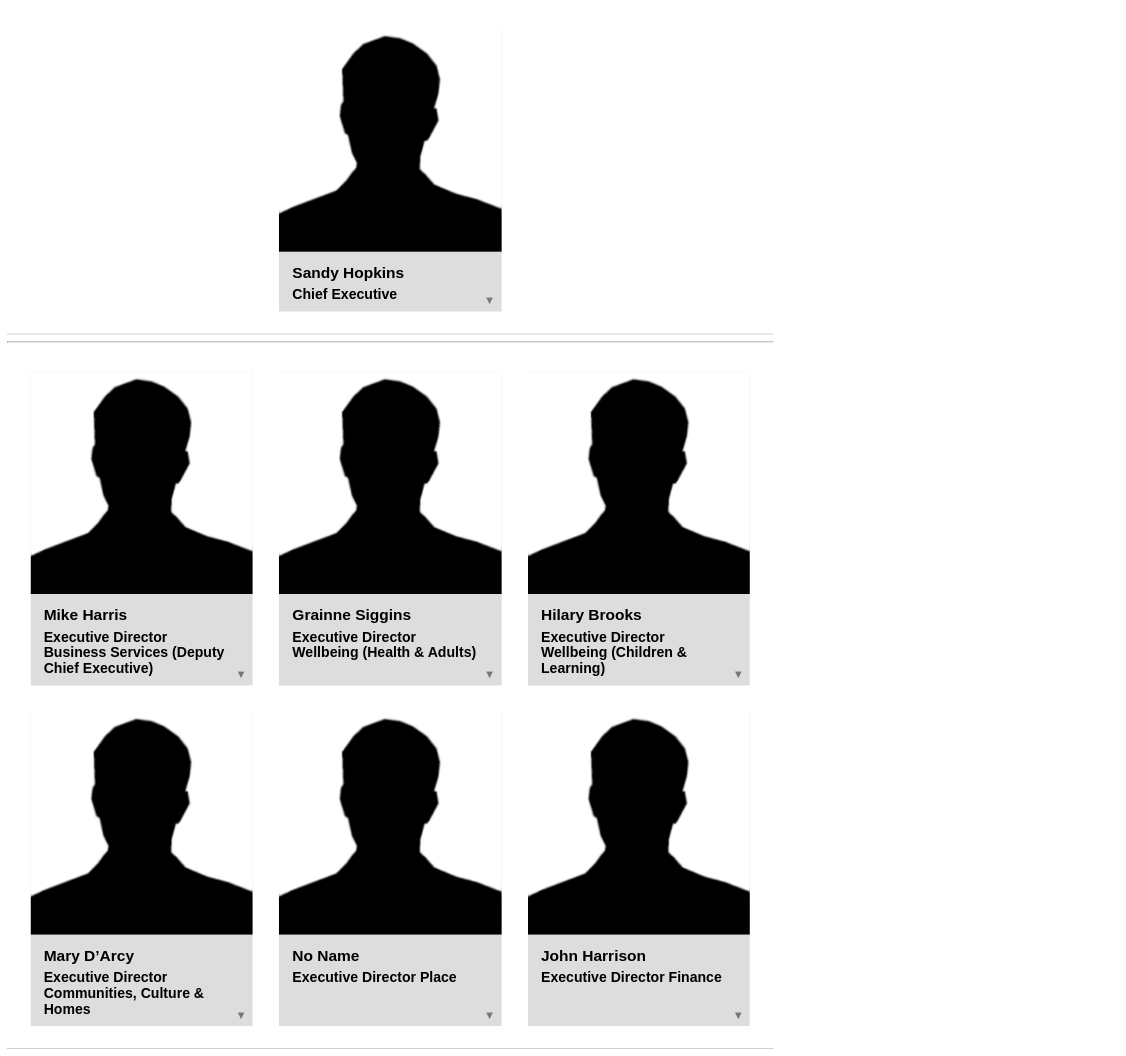
Repository: DigitalExperienceTeam/management
Page: index.html
The author's editor kept a record of every edit. The page is drawn from the files as they stood at one moment, then again after the next edit.
The browser window is 1280 px wide. The pictures show the whole page, at 88% of full size.

Above is the page before.

### index.html
<!DOCTYPE html>
<html lang="en">

<head>
    <meta charset="UTF-8">
    <meta name="viewport" content="width=device-width, initial-scale=1.0">
    <meta http-equiv="X-UA-Compatible" content="ie=edge">
    <script src="https://ajax.googleapis.com/ajax/libs/jquery/3.4.1/jquery.min.js"></script>

    <script type="text/javascript" src="profiles.js"></script>

    <link rel="stylesheet" href="style.css" type="text/css" />
    <title>Document</title>
</head>

<body>
    <div class="profiles-wrapper">
        <div class="profile lighter">
               <img class="profile-pic" src="Silhouette.png">
            <div class="details">
                <p class="name">Sandy Hopkins</p>
                <p class="title">Chief Executive<span class="more">&#9660;</span></p>
            </div>
            <div class="bio">
                <p>Lorem ipsum dolor sit amet, consectetur adipiscing elit. Nunc quis feugiat magna, non vehicula purus. Sed quis enim et dolor tempor aliquet. Proin a tincidunt ligula, nec rhoncus risus. Aliquam ut magna ac nisl dapibus lobortis ut molestie eros. Maecenas ornare quam vel accumsan congue. Curabitur mattis, odio non rhoncus tempor, diam elit convallis lacus, quis feugiat est lectus sit amet mi. Donec at ex in turpis luctus blandit sit amet eu eros. Nullam a libero turpis. Nullam mattis id est ut suscipit. Donec hendrerit turpis sed ligula hendrerit commodo.</p>
<p>Cras sed vulputate libero. Nam rhoncus quam turpis, vitae eleifend velit ornare a. Donec sollicitudin leo id nunc faucibus, imperdiet porttitor ex dictum. Nam condimentum nibh porta ligula molestie rhoncus. Sed pellentesque lacinia nisi ut finibus. Fusce facilisis scelerisque facilisis. Sed consequat quam nec lectus faucibus lacinia.</p>
<div class="less">&#9650;</div>
            </div>
        </div>

    </div>
    <hr class="profile-divider"></hr>


    <div class="profiles-wrapper">


                 <div class="profile lighter">
               <img class="profile-pic" src="Silhouette.png">
            <div class="details">
                <p class="name">Mike Harris</p>
                <p class="title">Executive Director Business Services (Deputy Chief Executive)<span class="more">&#9660;</span></p>
            </div>
            <div class="bio">
                <p>Lorem ipsum dolor sit amet, consectetur adipiscing elit. Nunc quis feugiat magna, non vehicula purus. Sed quis enim et dolor tempor aliquet. Proin a tincidunt ligula, nec rhoncus risus. Aliquam ut magna ac nisl dapibus lobortis ut molestie eros. Maecenas ornare quam vel accumsan congue. Curabitur mattis, odio non rhoncus tempor, diam elit convallis lacus, quis feugiat est lectus sit amet mi. Donec at ex in turpis luctus blandit sit amet eu eros. Nullam a libero turpis. Nullam mattis id est ut suscipit. Donec hendrerit turpis sed ligula hendrerit commodo.</p>
<p>Cras sed vulputate libero. Nam rhoncus quam turpis, vitae eleifend velit ornare a. Donec sollicitudin leo id nunc faucibus, imperdiet porttitor ex dictum. Nam condimentum nibh porta ligula molestie rhoncus. Sed pellentesque lacinia nisi ut finibus. Fusce facilisis scelerisque facilisis. Sed consequat quam nec lectus faucibus lacinia.</p>
<div class="less">&#9650;</div>
            </div>
        </div>
         <div class="profile lighter">
                <img class="profile-pic" src="Silhouette.png">
            <div class="details">
                <p class="name">Grainne Siggins</p>
                <p class="title">Executive Director Wellbeing (Health & Adults)<span class="more">&#9660;</span></p>
            </div>
            <div class="bio">
                <p>Lorem ipsum dolor sit amet, consectetur adipiscing elit. Nunc quis feugiat magna, non vehicula purus. Sed quis enim et dolor tempor aliquet. Proin a tincidunt ligula, nec rhoncus risus. Aliquam ut magna ac nisl dapibus lobortis ut molestie eros. Maecenas ornare quam vel accumsan congue. Curabitur mattis, odio non rhoncus tempor, diam elit convallis lacus, quis feugiat est lectus sit amet mi. Donec at ex in turpis luctus blandit sit amet eu eros. Nullam a libero turpis. Nullam mattis id est ut suscipit. Donec hendrerit turpis sed ligula hendrerit commodo.</p>
<p>Cras sed vulputate libero. Nam rhoncus quam turpis, vitae eleifend velit ornare a. Donec sollicitudin leo id nunc faucibus, imperdiet porttitor ex dictum. Nam condimentum nibh porta ligula molestie rhoncus. Sed pellentesque lacinia nisi ut finibus. Fusce facilisis scelerisque facilisis. Sed consequat quam nec lectus faucibus lacinia.</p>
<div class="less">&#9650;</div>
            </div>
        </div>
            <div class="profile lighter">
                   <img class="profile-pic" src="Silhouette.png">
            <div class="details">
                <p class="name">Hilary Brooks</p>
                <p class="title">Executive Director Wellbeing (Children & Learning)<span class="more">&#9660;</span></p>
            </div>
            <div class="bio">
                <p>Lorem ipsum dolor sit amet, consectetur adipiscing elit. Nunc quis feugiat magna, non vehicula purus. Sed quis enim et dolor tempor aliquet. Proin a tincidunt ligula, nec rhoncus risus. Aliquam ut magna ac nisl dapibus lobortis ut molestie eros. Maecenas ornare quam vel accumsan congue. Curabitur mattis, odio non rhoncus tempor, diam elit convallis lacus, quis feugiat est lectus sit amet mi. Donec at ex in turpis luctus blandit sit amet eu eros. Nullam a libero turpis. Nullam mattis id est ut suscipit. Donec hendrerit turpis sed ligula hendrerit commodo.</p>
<p>Cras sed vulputate libero. Nam rhoncus quam turpis, vitae eleifend velit ornare a. Donec sollicitudin leo id nunc faucibus, imperdiet porttitor ex dictum. Nam condimentum nibh porta ligula molestie rhoncus. Sed pellentesque lacinia nisi ut finibus. Fusce facilisis scelerisque facilisis. Sed consequat quam nec lectus faucibus lacinia.</p>
<div class="less">&#9650;</div>
            </div>
        </div>

          <div class="profile lighter">
                   <img class="profile-pic" src="Silhouette.png">
            <div class="details">
                <p class="name">Mary D’Arcy</p>
                <p class="title">Executive Director Communities, Culture & Homes<span class="more">&#9660;</span></p>
            </div>
            <div class="bio">
                <p>Lorem ipsum dolor sit amet, consectetur adipiscing elit. Nunc quis feugiat magna, non vehicula purus. Sed quis enim et dolor tempor aliquet. Proin a tincidunt ligula, nec rhoncus risus. Aliquam ut magna ac nisl dapibus lobortis ut molestie eros. Maecenas ornare quam vel accumsan congue. Curabitur mattis, odio non rhoncus tempor, diam elit convallis lacus, quis feugiat est lectus sit amet mi. Donec at ex in turpis luctus blandit sit amet eu eros. Nullam a libero turpis. Nullam mattis id est ut suscipit. Donec hendrerit turpis sed ligula hendrerit commodo.</p>
<p>Cras sed vulputate libero. Nam rhoncus quam turpis, vitae eleifend velit ornare a. Donec sollicitudin leo id nunc faucibus, imperdiet porttitor ex dictum. Nam condimentum nibh porta ligula molestie rhoncus. Sed pellentesque lacinia nisi ut finibus. Fusce facilisis scelerisque facilisis. Sed consequat quam nec lectus faucibus lacinia.</p>
<div class="less">&#9650;</div>
            </div>
        </div>

          <div class="profile lighter">
                <img class="profile-pic" src="Silhouette.png">
            <div class="details">
                <p class="name">No Name</p>
                <p class="title">Executive Director Place<span class="more">&#9660;</span></p>
            </div>
            <div class="bio">
                <p>Lorem ipsum dolor sit amet, consectetur adipiscing elit. Nunc quis feugiat magna, non vehicula purus. Sed quis enim et dolor tempor aliquet. Proin a tincidunt ligula, nec rhoncus risus. Aliquam ut magna ac nisl dapibus lobortis ut molestie eros. Maecenas ornare quam vel accumsan congue. Curabitur mattis, odio non rhoncus tempor, diam elit convallis lacus, quis feugiat est lectus sit amet mi. Donec at ex in turpis luctus blandit sit amet eu eros. Nullam a libero turpis. Nullam mattis id est ut suscipit. Donec hendrerit turpis sed ligula hendrerit commodo.</p>
<p>Cras sed vulputate libero. Nam rhoncus quam turpis, vitae eleifend velit ornare a. Donec sollicitudin leo id nunc faucibus, imperdiet porttitor ex dictum. Nam condimentum nibh porta ligula molestie rhoncus. Sed pellentesque lacinia nisi ut finibus. Fusce facilisis scelerisque facilisis. Sed consequat quam nec lectus faucibus lacinia.</p>
<div class="less">&#9650;</div>
            </div>
        </div>



           <div class="profile lighter">
                  <img class="profile-pic" src="Silhouette.png">
            <div class="details">
                <p class="name">John Harrison</p>
                <p class="title">Executive Director Finance<span class="more">&#9660;</span></p>
            </div>
            <div class="bio">
                <p>Lorem ipsum dolor sit amet, consectetur adipiscing elit. Nunc quis feugiat magna, non vehicula purus. Sed quis enim et dolor tempor aliquet. Proin a tincidunt ligula, nec rhoncus risus. Aliquam ut magna ac nisl dapibus lobortis ut molestie eros. Maecenas ornare quam vel accumsan congue. Curabitur mattis, odio non rhoncus tempor, diam elit convallis lacus, quis feugiat est lectus sit amet mi. Donec at ex in turpis luctus blandit sit amet eu eros. Nullam a libero turpis. Nullam mattis id est ut suscipit. Donec hendrerit turpis sed ligula hendrerit commodo.</p>
<p>Cras sed vulputate libero. Nam rhoncus quam turpis, vitae eleifend velit ornare a. Donec sollicitudin leo id nunc faucibus, imperdiet porttitor ex dictum. Nam condimentum nibh porta ligula molestie rhoncus. Sed pellentesque lacinia nisi ut finibus. Fusce facilisis scelerisque facilisis. Sed consequat quam nec lectus faucibus lacinia.</p>
<div class="less">&#9650;</div>
            </div>
        </div>





    </div>

</body>

</html>

### profiles.js
$(document).ready(function() {

    $(document).mouseup(function(e)
{
    var container = $(".bio");

    // if the target of the click isn't the container nor a descendant of the container
    if (!container.is(e.target) && container.has(e.target).length === 0)
    {
        container.slideUp(600);
        $(".profile-pic").removeClass("faded");

    }
});

    $(".profile").click(function() {

        if ( $(this).find(".profile-pic").hasClass("faded")){
            $(this).find(".profile-pic").removeClass("faded");
            $(".profile-pic").not($(this).children()).addClass("faded");

        }

      else {
            $(".profile-pic").not($(this).children()).toggleClass("faded");
      }

        $(this).find(".bio").slideToggle(600);

        $(this).find(".more").fadeToggle(600);

        $(".bio").not($(this).children()).slideUp(600);



       $(this).toggleClass("lighter").toggleClass("darker");

      $(".profile").not($(this)).removeClass("darker").addClass("lighter");


       $(this).find(".bio").removeClass("lighter").addClass("darker");


       $(".bio").not($(this).children()).removeClass("darker").addClass("lighter");

    });





});

### style.css
body {
    max-width: 871px;
    font-family: "franklin-gothic-urw",sans-serif;
}

.profiles-wrapper {
    padding: 10px 0;
    display: flex;
    flex-wrap: wrap;
    border-bottom: 1px solid #ccc;
    justify-content: center;
    border-bottom: 1px solid #ccc;
}



.profile {
    box-sizing: border-box;
    width: 29%;
    margin: 15px;
    cursor: pointer;
    display: inline-block;
    vertical-align: top;
    position: relative;
}

.profile:hover {
    background: #ccc;
    transition: 0.4s all;
}


.faded {
    opacity:0.6;
}

.lighter {
    background: #ddd;
}

.darker {
    background: #ccc;
}


.details {
    padding: 5px 15px 10px 15px;
}

.profile img {
    max-width: 100%;
}

.name {
    font-weight: bold;
    font-size: 1.1em;
    margin: 5px 0 0 0;
}

.title {
    font-weight: bold;
     margin: 5px 0 0 0;
     padding-right: 10px;
}

.more {
    float: right;
    color: #777;
    font-family: "Arial Black", Gadget, sans-serif;
    position: absolute;
    right: 7px;
    bottom: 5px;
    font-size: 0.8em;
}

.bio {
    display: none;
    padding: 0 15px 10px 15px;
   position: absolute;
    z-index: 1000;
    font-size: 0.9em;
    box-shadow: 0 10px 10px -2px white;
}

.less {
    text-align: right;
    color: #777;
    font-family: "Arial Black", Gadget, sans-serif;
}

@media only screen and (max-width: 726px) {
 .profiles-wrapper {
    justify-content: flex-start;
}

.profile {
    width: 47%;
    margin: 10px;
}

.profiles-wrapper>.profile:nth-of-type(even) {
margin: 10px 0 10px 10px;
}

}

@media only screen and (max-width: 433px) {


.profile {
    width: 40%;
}

}

After the next edit:
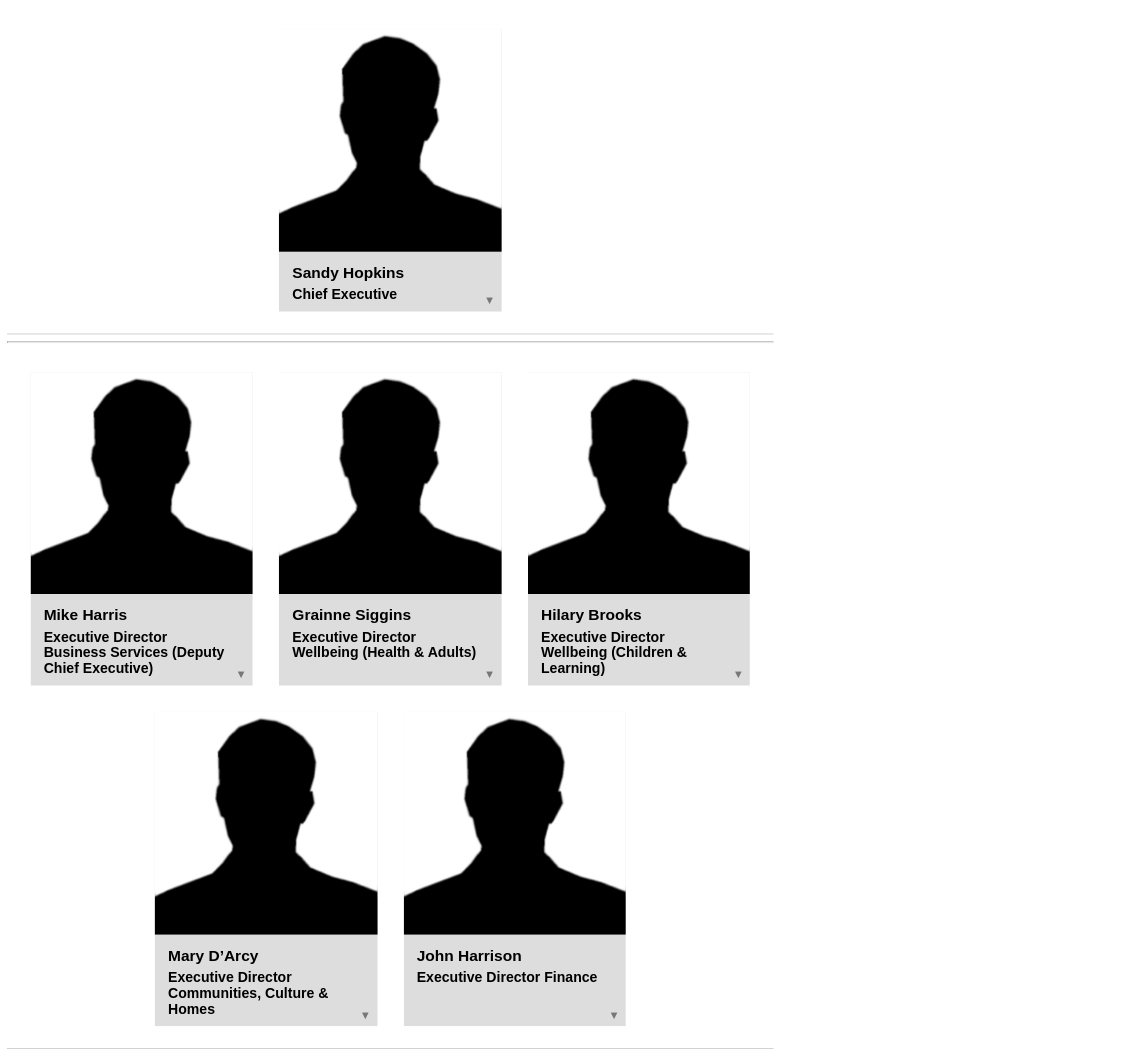
The edit:
--- a/index.html
+++ b/index.html
@@ -85,18 +85,6 @@
             </div>
         </div>
 
-          <div class="profile lighter">
-                <img class="profile-pic" src="Silhouette.png">
-            <div class="details">
-                <p class="name">No Name</p>
-                <p class="title">Executive Director Place<span class="more">&#9660;</span></p>
-            </div>
-            <div class="bio">
-                <p>Lorem ipsum dolor sit amet, consectetur adipiscing elit. Nunc quis feugiat magna, non vehicula purus. Sed quis enim et dolor tempor aliquet. Proin a tincidunt ligula, nec rhoncus risus. Aliquam ut magna ac nisl dapibus lobortis ut molestie eros. Maecenas ornare quam vel accumsan congue. Curabitur mattis, odio non rhoncus tempor, diam elit convallis lacus, quis feugiat est lectus sit amet mi. Donec at ex in turpis luctus blandit sit amet eu eros. Nullam a libero turpis. Nullam mattis id est ut suscipit. Donec hendrerit turpis sed ligula hendrerit commodo.</p>
-<p>Cras sed vulputate libero. Nam rhoncus quam turpis, vitae eleifend velit ornare a. Donec sollicitudin leo id nunc faucibus, imperdiet porttitor ex dictum. Nam condimentum nibh porta ligula molestie rhoncus. Sed pellentesque lacinia nisi ut finibus. Fusce facilisis scelerisque facilisis. Sed consequat quam nec lectus faucibus lacinia.</p>
-<div class="less">&#9650;</div>
-            </div>
-        </div>
 
 
 

After the edit that followed:
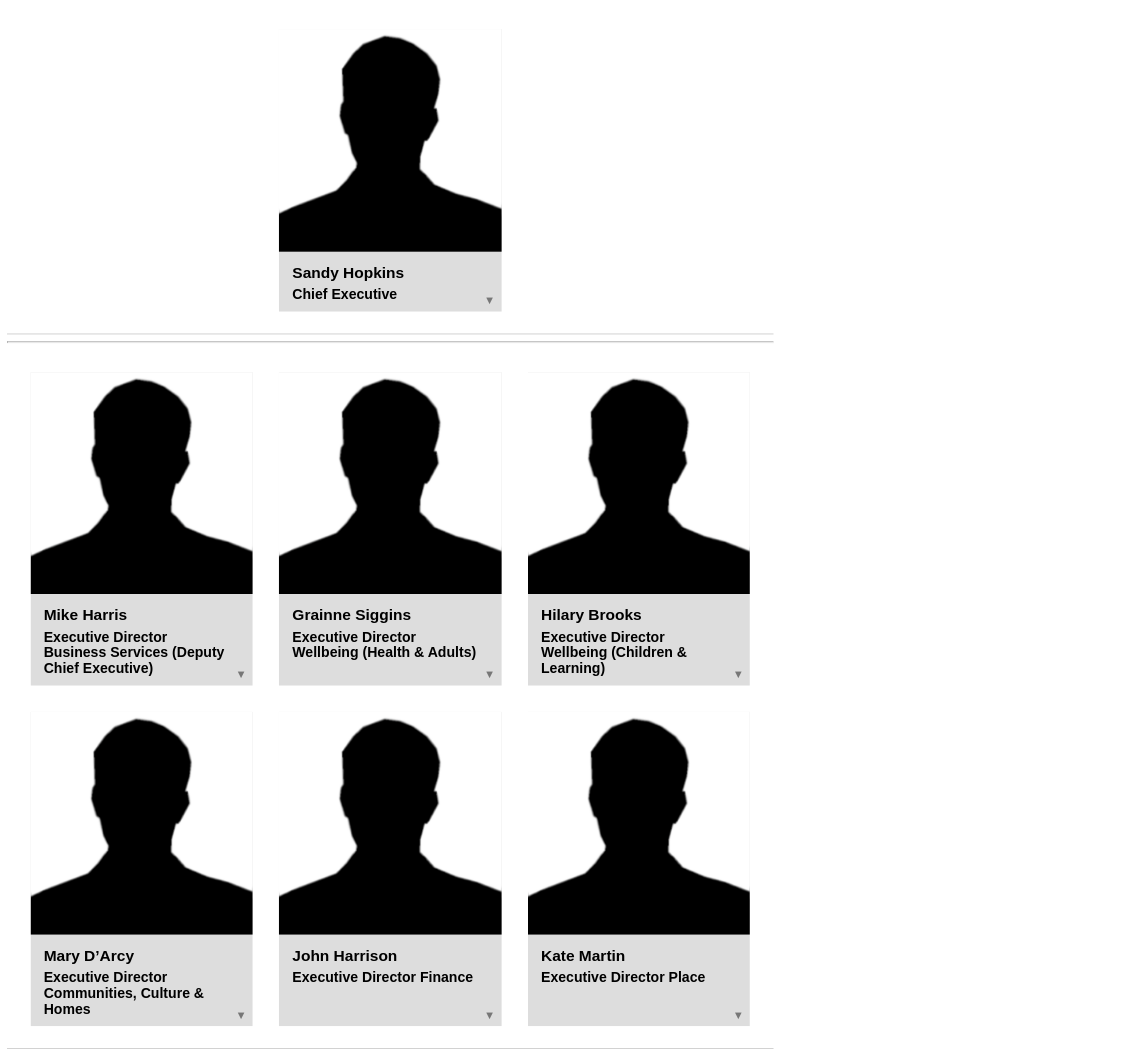
The edit:
--- a/index.html
+++ b/index.html
@@ -101,6 +101,19 @@
             </div>
         </div>
 
+ <div class="profile lighter">
+                <img class="profile-pic" src="Silhouette.png">
+            <div class="details">
+                <p class="name">Kate Martin</p>
+                <p class="title">Executive Director Place<span class="more">&#9660;</span></p>
+            </div>
+            <div class="bio">
+                <p>Lorem ipsum dolor sit amet, consectetur adipiscing elit. Nunc quis feugiat magna, non vehicula purus. Sed quis enim et dolor tempor aliquet. Proin a tincidunt ligula, nec rhoncus risus. Aliquam ut magna ac nisl dapibus lobortis ut molestie eros. Maecenas ornare quam vel accumsan congue. Curabitur mattis, odio non rhoncus tempor, diam elit convallis lacus, quis feugiat est lectus sit amet mi. Donec at ex in turpis luctus blandit sit amet eu eros. Nullam a libero turpis. Nullam mattis id est ut suscipit. Donec hendrerit turpis sed ligula hendrerit commodo.</p>
+<p>Cras sed vulputate libero. Nam rhoncus quam turpis, vitae eleifend velit ornare a. Donec sollicitudin leo id nunc faucibus, imperdiet porttitor ex dictum. Nam condimentum nibh porta ligula molestie rhoncus. Sed pellentesque lacinia nisi ut finibus. Fusce facilisis scelerisque facilisis. Sed consequat quam nec lectus faucibus lacinia.</p>
+<div class="less">&#9650;</div>
+            </div>
+        </div>
+
 
 
 
